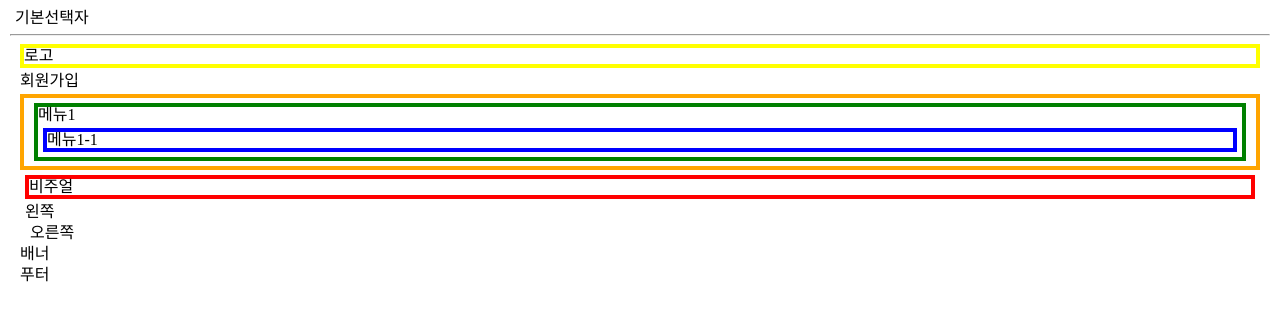
Repository: kimjoohye/study_WEB
Page: workspace/studyhtml5/WebContent/jq/jq01/jq01.html
An editor plug-in stored every save of this project. The page is shown before and after the next save, followed by the edit.
The browser window is 1280 px wide. The pictures show the whole page.

Above is the page before, as saved 2022-05-10 01:13:29.

After the next save:
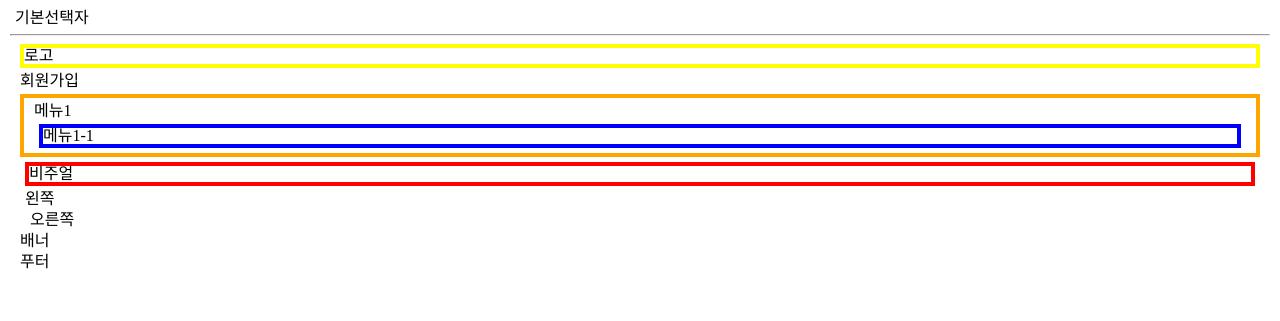
Saved 24 s later.
--- a/workspace/studyhtml5/WebContent/jq/jq01/jq01.html
+++ b/workspace/studyhtml5/WebContent/jq/jq01/jq01.html
@@ -22,7 +22,7 @@
 	    $('#gnb').css('border', '4px solid orange'); /* id 선택자 */
 	    $('.logo').css('border', '4px solid yellow'); /* 클래스 선택자 */
 
-	    $("#gnb > ul > li").css('border', '4px solid green'); /* 자식 선택자 */
+	   // $("#gnb > ul > li").css('border', '4px solid green'); /* 자식 선택자 */
 	    $("#gnb > ul ul").css('border', '4px solid blue'); /* 자식 선택자 */
 	});
 </script>

After the save that followed:
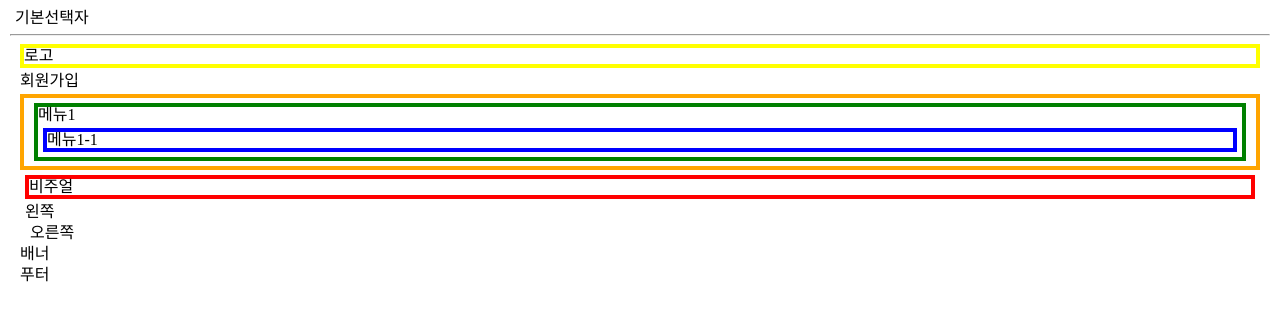
Saved 34 s later.
--- a/workspace/studyhtml5/WebContent/jq/jq01/jq01.html
+++ b/workspace/studyhtml5/WebContent/jq/jq01/jq01.html
@@ -22,8 +22,8 @@
 	    $('#gnb').css('border', '4px solid orange'); /* id 선택자 */
 	    $('.logo').css('border', '4px solid yellow'); /* 클래스 선택자 */
 
-	   // $("#gnb > ul > li").css('border', '4px solid green'); /* 자식 선택자 */
-	    $("#gnb > ul ul").css('border', '4px solid blue'); /* 자식 선택자 */
+	    $("#gnb > ul > li").css('border', '4px solid green'); /* 자식 선택자 */
+	    $("#gnb > ul ul").css('border', '4px solid blue'); /* 하위 선택자 */
 	});
 </script>
 </head>
